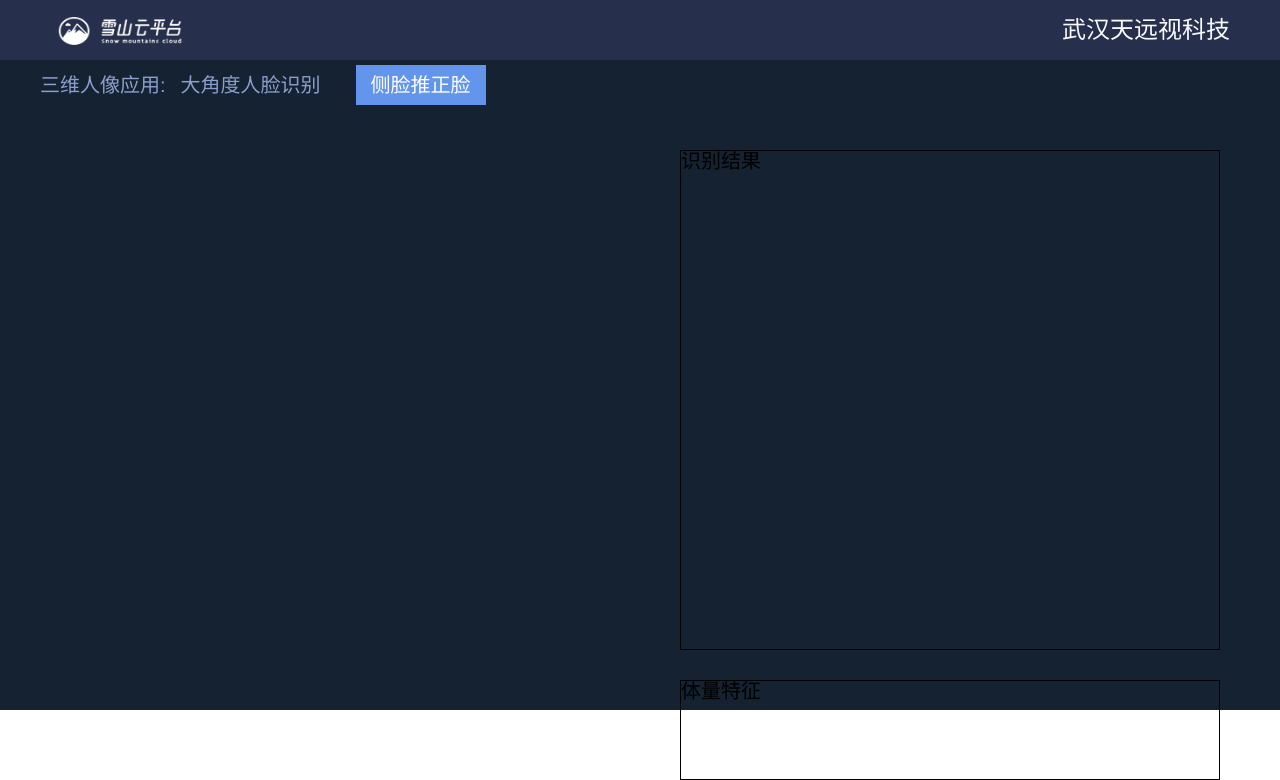
Repository: fyt2020/pubilcDemlo
Page: /#/face
These files come from the project's save history. The page is drawn as it stood at one moment and after the next save; the edit follows.
The browser window is 1280 px wide. The pictures show the whole page.
The project was rebuilt for these pictures with package versions that can differ from the ones it lists, and the page was loaded fresh each time.

Above is the page before, as saved 2020-04-28 10:29:56.

### index.html
<!DOCTYPE html>
<html>
  <head>
    <meta charset="utf-8">
    <meta name="viewport" content="width=device-width,initial-scale=1.0">
    <title>pubilcdemo</title>
    <script src="./static/config.js"></script>
    <script src="./static/main.js"></script>
  </head>
  <body>
    <div id="app"></div>
    <!-- built files will be auto injected -->
  </body>
</html>

### src/main.js
// The Vue build version to load with the `import` command
// (runtime-only or standalone) has been set in webpack.base.conf with an alias.
import Vue from 'vue'
import App from './App'
import router from './router'
import '@/assets/css/reset.css'
import axios from '@/plugins/axios';

Vue.config.productionTip = false
Vue.prototype.$http = axios;
/* eslint-disable no-new */
new Vue({
  el: '#app',
  router,
  components: { App },
  template: '<App/>'
})

### src/router/index.js
import Vue from 'vue'
import Router from 'vue-router'
import Home from '@/pages/Home'

Vue.use(Router)

export default new Router({
  linkExactActiveClass: "exactActive",
  linkActivesClass: "active",
  routes: [
    {
      path: '/',
      name: 'home',
      component: Home,
      meta:{
        needTooken:false
      },
      redirect:'/bigAngle',
      children:[
        {
          path: 'bigAngle',
          name: 'bigAngle',
          component: () => import("@/pages/bigAngle"),
          meta:{
            needTooken:false
          },

        },
        {
          path: 'face',
          name: 'face',
          component: () => import("@/pages/face"),
          meta:{
            needTooken:false
          },

        }

      ]
    }
  ]
})

### src/assets/css/reset.css
@charset "UTF-8";
/**
 * @desc pc端常用reset.css
 * @author archer
 * @date 2018-08-26
 */
html,body,div,p,ul,li,dl,dt,dd,em,i,span,a,img,input,h1,h2,h3,h4,h5,nav,section,footer,header,table,tr,th,td,ul,li{margin:0;padding:0;box-sizing: border-box;}
h1,h2,h3,h4,h5,h6{font-weight:normal}
i,em,b{font-style:normal}
article,aside,details,figcaption,figure,footer,header,menu,nav,section {display: block;}
a,img,input {border:none;}
a {text-decoration:none;}
a:hover, a:active {outline: none;}
ul,li{list-style: none}
button,input,select,textarea{font-size:100%;outline:none}
table{border-collapse:collapse;border-spacing:0}
html, body {width: 100%;height: 100%;}
body{font-family:"Helvetica Neue",Helvetica, Arial,sans-serif; font-size: 14px;line-height:1}

### src/pages/Home.vue
<template>
  <div class="home">
      <div class="header">
           <div class="header__left">
                <img src="../assets/img/logo1.png" alt="" class="logo_img">

           </div>
           <div class="header__right">
                <span>武汉天远视科技</span>
           </div>
      </div>
      <div class="navigation">
            <span>三维人像应用:</span>
            <router-link tag="li" :to="{name:'bigAngle'}" class="navigation__item">大角度人脸识别</router-link>
            <router-link tag="li" :to="{name:'face',params:{id:'self'}}" class="navigation__item">侧脸推正脸</router-link>
      </div>

      <div class="content">
         <router-view />
      </div>

  </div>
</template>

<script>
export default {
  data() {
    return {};
  },
  computed: {},
  created() {

  },
  mounted() {

  },
  methods: {

  },
  components: {}
};
</script>

<style lang="scss" scoped>
@import "@/assets/css/home.scss";
</style>

### src/pages/face.vue
<template>
  <div class="face">
    <div class="face__left">
      <canvas class="canvasId" v-show="regImgKey" :class="{'big':isBig}"></canvas>
    </div>

    <div class="face__right">
      <div class="right__top">
        <span class="right__topT">识别结果</span>
        <div id="model"></div>
        <ul class="info__box" v-if="infoObj.collectNo">
          <li class="info__item">
            <span class="info__iteml">采集编号:</span>
            <span class="info__itemr">{{infoObj.collectNo}}</span>
          </li>
          <li class="info__item">
            <span class="info__iteml">性别:</span>
            <span class="info__itemr">{{infoObj.sex}}</span>
          </li>
          <li class="info__item">
            <span class="info__iteml">证件号:</span>
            <span class="info__itemr">{{infoObj.idNo}}</span>
          </li>
          <li class="info__item">
            <span class="info__iteml">采集时间:</span>
            <span class="info__itemr">{{infoObj.time}}</span>
          </li>
        </ul>
      </div>
      <div class="right__bottom">
        <span class="right__topT">体量特征</span>
        <ul class="tl__box" v-if="charData.length>0">
          <li class="tl__item" v-for="item in charData" :key="item.value">
            <span class="tl__iteml same">{{item.title}}</span>
            <span class="tl__itemr same">{{item.value}}</span>
          </li>
        </ul>
      </div>
    </div>
  </div>
</template>

<script>
import axios from "axios";
export default {
  props: {},
  data() {
    return {
      regImgKey: false,
      isBig: false,
      charData: [],
      infoObj: {
        collectNo: "",
        sex: "",
        time: "",
        idNo: ""
      },
      source: 0,
      camera: null,
      renderer: null,
      boxHelper: null,
      animationId: null,
      modelObj: null,
      scene: null
    };
  },
  computed: {},
  created() {},
  mounted() {
    console.log($("#model"));
    let id = this.$route.params.id;
    if (id) {
    } else {
      this.initData();
    }
  },
  methods: {
    initData() {
      let id = this._getQueryString(window.BASEURL.type);
      this.INIT(400, 400, id);
    },

    _getQueryString(name) {
      let after = window.location.hash.split("?")[1];
      if (after) {
        var reg = new RegExp("(^|&)" + name + "=([^&]*)(&|$)");
        var r = after.match(reg);

        if (r != null) return unescape(r[2]);
        return null;
      }
    },

    INIT(width, height, name) {
      console.log(name);
      let VM = this;
      //场景构建
      VM.scene = new THREE.Scene();
      //相机构建
      VM.camera = new THREE.PerspectiveCamera(45, width / height, 0.1, 2000); //四个参数 视场角 方向 最近距 最远距  fov对应着图中的视角，是上下两面的夹角。aspect是近平面的宽高比。
      // camera.lookAt( new THREE.Vector3(0, 0, 0));
      //渲染器构建
      VM.renderer = new THREE.WebGLRenderer({
        antialias: true
      });

      //设置背景颜色
      VM.renderer.setClearColor(0x484b5f);
      //三个参数 width height updateStyle第三个选填
      VM.renderer.setSize(width, height);
      //激活阴影
      VM.renderer.shadowMapEnabled = true;
      //添加材质灯光阴影
      var ambiColor = "ffffff";
      var ambientLight = new THREE.AmbientLight(ambiColor);
      VM.scene.add(ambientLight);

      //添加坐标系
      // var axes = new THREE.AxisHelper(100);
      // scene.add(axes);

      //添加网格
      // var helper = new THREE.GridHelper( 1000, 50 ,0x0000ff, 0xff8080);
      // scene.add(helper);
      VM.boxHelper = new THREE.BoxHelper();

      var controls = new THREE.OrbitControls(VM.camera, VM.renderer.domElement);
      //controls.target = new THREE.Vector3(0, 0, 0);
      // 使动画循环使用时阻尼或自转 意思是否有惯性
      controls.enableDamping = true;
      //动态阻尼系数 就是鼠标拖拽旋转灵敏度
      controls.dampingFactor = 0.25;
      //是否可以缩放
      controls.enableZoom = true;
      //是否自动旋转
      controls.autoRotate = false;
      //设置相机距离原点的最近距离
      //controls.minDistance = 200;
      //设置相机距离原点的最远距离
      //controls.maxDistance = 600;
      //是否开启右键拖拽
      controls.enablePan = true;
      //上下旋转范围
      controls.minPolarAngle = 0;
      controls.maxPolarAngle = Math.PI * (90 / 180);
      //左右旋转范围
      controls.minAzimuthAngle = -Math.PI * (60 / 180);
      controls.maxAzimuthAngle = Math.PI * (60 / 180);

      controls.panSpeed = 0.2;
      controls.rotateSpeed = 0.1;
      //模型
      var onProgress = function(xhr) {
        // if (xhr.lengthComputable) {
        //   //可计算的长度
        //   var percentCompvare = (xhr.loaded / xhr.total) * 100; //加载程度百分比
        //   var elem = document.getElementById("myBar");
        //   var width = parseInt(percentCompvare);
        //   elem.style.width = width + "%";
        //   $(".loading").text("正在下载:" + parseInt(percentCompvare) + "%");
        // }
      };
      var onError = function(xhr) {
        // $(".loading")
        //   .show()
        //   .text("下载失败");
        return;
      };

      var modelPath = `../../static/data/${name}`;
      var objLoader = new THREE.OBJLoader2();
      var callbackOnLoad = function(event) {
        VM.modelObj = event.detail.loaderRootNode;
        VM.modelObj.name = `${name}`;
        VM.modelObj.scale.set(1.9, 1.9, 1.9);
        VM.modelObj.children[0].geometry.computeBoundingBox();
        VM.modelObj.rotation.x = THREE.Math.degToRad(-88);
        VM.modelObj.children[0].geometry.center();
        VM.boxHelper.setFromObject(VM.modelObj);
        let center = VM.boxHelper.geometry.boundingSphere.center;
        let radius = VM.boxHelper.geometry.boundingSphere.radius;
        let cameraPos = new THREE.Vector3(
          center.x + VM.modelObj.position.x,
          center.y + VM.modelObj.position.y,
          radius * 2.2 + center.z + VM.modelObj.position.z
        );
        let lookPos = new THREE.Vector3(
          center.x + VM.modelObj.position.x,
          center.y + VM.modelObj.position.y,
          center.z + VM.modelObj.position.z
        );
        VM.camera.position.copy(cameraPos);
        controls.target = lookPos;
        VM.camera.lookAt(lookPos);
        VM.scene.add(VM.modelObj);
      };
      let typeObj = VM.source == "1" ? "textured" : "cut";
      objLoader.loadMtl(modelPath + `/${typeObj}_mesh.mtl`, null, function(
        materialCreator
      ) {
        materialCreator[`${typeObj}_mesh`].opacity = 1; // new THREE.Color(1,1,1)
        objLoader.setMaterials(materialCreator);
        objLoader.setLogging(true, true);
        objLoader.load(
          modelPath + `/${typeObj}_mesh.obj`,
          callbackOnLoad,
          onProgress,
          onError,
          null,
          false
        );
      });
      VM.camera.lookAt(VM.scene.position);
      //在页面上添加渲染器，dom元素
      console.log($("#model"));
      $("#model").append(VM.renderer.domElement);
      renderScene();
      VM.getModelTxt(name);
      VM.getInfo(name);
      function renderScene() {
        var clock = new THREE.Clock();
        var delta = clock.getDelta(); //三角点
        controls.update();
        VM.camera.updateProjectionMatrix();
        VM.animationId = requestAnimationFrame(renderScene); //请求动画框架
        VM.renderer.render(VM.scene, VM.camera);
      }
    },
    clearRenderer() {
      let VM = this;
      VM.renderer.dispose();
      VM.renderer.forceContextLoss();
      VM.renderer.context = null;
      VM.renderer.domElement = null;
      VM.renderer = null;
    },
    getModelTxt(name) {
      let VM = this;
      let id = new Date().getTime();
      let params = {
        headers: {
          "Content-Type": "text/plain;charset=utf-8"
        },
        responseType: "text/json",
        inCharset: "utf-8",
        outCharset: "utf-8",
        timeout: 30000,
        random: id
      };
      axios
        .get(`../../static/data/${name}/face_points_distance.txt`)
        .then(function(res) {
          let newData = res.data.split("\r\n");
          let len = newData.length;
          for (var i = 0; i < len; i++) {
            let obj = {};
            if (newData[i]) {
              let k = newData[i].split(":")[0];
              let v = newData[i].split(":")[1];
              obj["title"] = k;
              obj["value"] = v;
            }
            VM.charData.push(obj);
          }

          console.log(VM.charData);
        })
        .catch(function(error) {
          console.log(error);
        });
    },
    getInfo(name) {
      let VM = this;
      this.$http.api
        .get(`../../static/data/${name}/${name}.json`)
        .then(function(res) {
          if (res.data.code === 0) {
            let data = res.data.result;
            VM.infoObj = data;
            VM.regImgKey = true;
            VM.createdImg(`../../static/data/${name}/${name}.jpg`,data.xdata);

          }
        })
        .catch(function(error) {
          console.log(error);
        });
    },
    //移除模型
    removeEntity(object) {
      let selectedObject = this.scene.getObjectByName(object.name);
      // console.log('renderer.renderLists',this.renderer.renderLists)
      selectedObject.traverse(function(item) {
        if (item instanceof THREE.Mesh) {
          item.geometry.dispose(); //删除几何体
          //item.material.dispose(); //删除材质
          if (Array.isArray(item.material)) {
            item.material.forEach(function(i) {
              i.dispose(); //删除材质
            });
          } else {
            item.material.dispose();
          }
        }
      });
      this.scene.remove(selectedObject);
      this.renderer.dispose();
      this.renderer.clear();
      this.renderer.renderLists.dispose();
      this.modelObj = null;
      THREE.Cache.clear();
    },
    createdImg(imgUrl1, data) {
      console.log(data);
      let len = data.length;
      let canvas = document.getElementsByClassName("canvasId")[0];
      let ctx = canvas.getContext("2d");
      let img = new Image();
      img.src = `${imgUrl1}`;
      let spX, spY;
      let W = $(".face__left").width();
      let H = $(".face__left").height();
      img.onload = function() {
        let imgW = img.width;
        let imgH = img.height;
        let targetW, targetH;
        spX = W / img.width;
        spY = H / img.height;
        console.log(img.width);
        console.log(img.height);
        if (imgW > W) {
          targetW = imgW * spX;
          targetH = imgH * spX;
          if (imgH > H) {
            targetW = imgW * spY;
            targetH = imgH * spY;
          }
        } else {
          if (imgH > H) {
            targetW = imgW * spY;
            targetH = imgH * spY;
          } else {
            targetW = imgW;
            targetH = imgH;
          }
        }
        // console.log(spX);
        // console.log(spY);
        // console.log(targetW);
        // console.log(targetH);

        canvas.width = targetW;
        canvas.height = targetH;

        ctx.drawImage(img, 0, 0, targetW, targetH);
        ctx.strokeStyle = "#FF0000";
        ctx.strokeWidth = 1;
        ctx.lineWidth = 2;
        if (len > 0) {
          if (imgW > W && imgH < H) {
            console.log(1);
            data.forEach((item, index) => {
              ctx.strokeRect(
                item.x * spX,
                item.y * spX,
                item.w * spX,
                item.h * spX
              );
            });
          } else if (imgW > W && imgH > H) {
            console.log(2);
            data.forEach((item, index) => {
              ctx.strokeRect(
                item.x * spY,
                item.y * spY,
                item.w * spY,
                item.h * spY
              );
            });
          } else {
            if (imgH > H) {
              console.log(3);
              data.forEach((item, index) => {
                ctx.strokeRect(
                  item.x * spY,
                  item.y * spY,
                  item.w * spY,
                  item.h * spY
                );
              });
            } else {
              console.log(4);
              data.forEach((item, index) => {
                ctx.strokeRect(item.x, item.y, item.w, item.h);
              });
            }
          }
        }
      };
    }
  },
  components: {},
  beforeDestroy() {}
};
</script>

<style scoped lang="scss">
@import "@/assets/css/face.scss";
</style>

### src/assets/css/home.scss
.home{
    font-size: 20px;
    width: 100vw;
    height: 100vh;
    .header{
        width: 100%;
        height: 60px;
        background-color: #262f4b;
        display: flex;
        align-items: center;
        color:  #f8faff;;
        justify-content: space-between;
        padding: 0 50px;
        font-size: 24px;
        .header__left{
            height: 100%;
            display: flex;
            align-items: center;
            .logo_img{
                width: 141px;
                height: 35px;
            }
        }
        .header__right{
            height: 100%;
            display: flex;
            align-items: center;
        }
    }
    .navigation{
        width: 100%;
        height: 50px;
        display: flex;
        align-items: center;
        box-sizing: border-box;
        background-color: #142232;
        color:  #8c9ecb;
        padding: 0 40px;
        &__item{
            height: 40px;
            line-height: 40px;
            box-sizing: border-box;
            padding: 0 15px;
            margin-right: 20px;
        }
        &__item.exactActive{
             display: flex;
             background-color: cornflowerblue;
             color: #fff;
        }
    }
    .content{
        height: calc(100% - 120px);
        width: 100%;
        padding: 40px;
        background-color: #142232;
    }
}

### src/assets/css/face.scss
.face{
    display: flex;
    width: 100%;
    height: 100%;
    .face__left{
       width: 50%;
       height: 100%;
       margin-right: 40px;
       display: flex;
       flex-direction: column;
       align-items: center;
       justify-content: center;
       .left__bottom{
           width: 100%;
           height: 15%;
           border: 1px solid black;
           .left__bottom{

           }
           .recg__box{

               display: flex;
               align-items: center;
               justify-content: flex-start;
               .recg__item{
                   width: 100px;
                   height: 100px;
                   .recg__itemImg{

                       height: 100%;
                   }
               }
           }
       }
    }
    .face__right{
       width: 45%;
       height: 100%;
       .right__top{
           border: 1px solid black;
           width: 100%;
           height: 500px;
           position: relative;
           margin-bottom: 30px;
           .right__topT{

           }
           #model{
               width: 400px;
               height: 400px;
           }
           .info__box{
               position: absolute;
               right: 0;
               bottom: 0;
               width: 300px;
               height: 200px;
               background-color: black;
               display: flex;
               flex-direction: column;

               color: blanchedalmond;


           }
       }
       .right__bottom{

           border: 1px solid black;
           width: 100%;
           height: 100px;
           .right__topT{

           }
           .tl__box{
               display: flex;

               .tl__item{



                .same{




                }
                .tl__iteml{

                }
                .tl__itemr{

                }
               }
           }


       }

    }
}

### static/config.js
window.BASEURL = {
     type:'id',

     imgUrl__collectNo:'srlp1576136811447'
};

Loaded but not shown: src/App.vue (common file); src/plugins/axios.js (library)

After the next save:
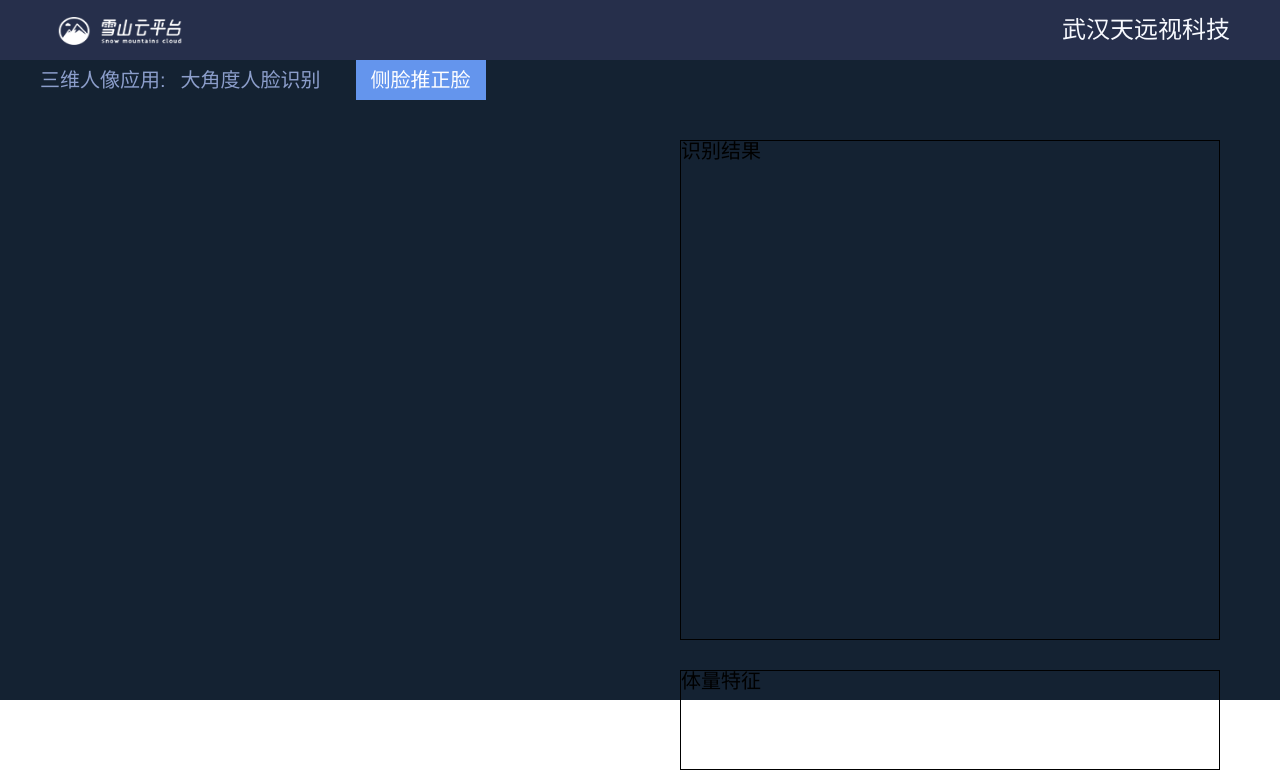
Saved 35 s later.
--- a/src/assets/css/home.scss
+++ b/src/assets/css/home.scss
@@ -29,7 +29,7 @@
     }
     .navigation{
         width: 100%;
-        height: 50px;
+        height: 40px;
         display: flex;
         align-items: center;
         box-sizing: border-box;
